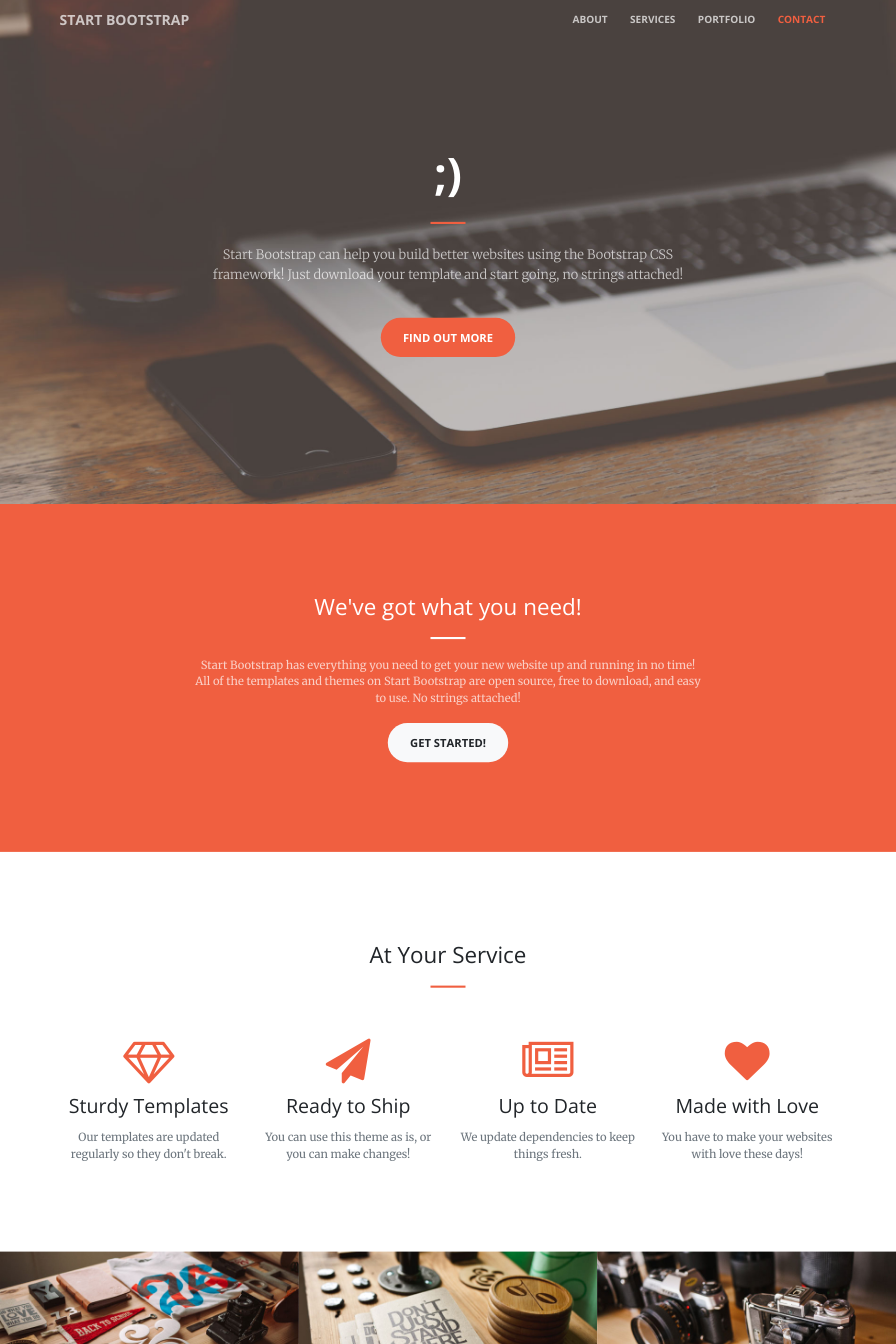
Repository: Julian-Escobar/Bootstrap
Page: index.html
An editor plug-in stored every save of this project. The page is shown before and after the next save, followed by the edit.
The browser window is 1280 px wide. The pictures show the part of the page from y = 0 to 1920 px (the page is 3168 px tall), at 70% of full size.

Above is the page before, as saved 2018-08-06 18:50:13.

After the next save:
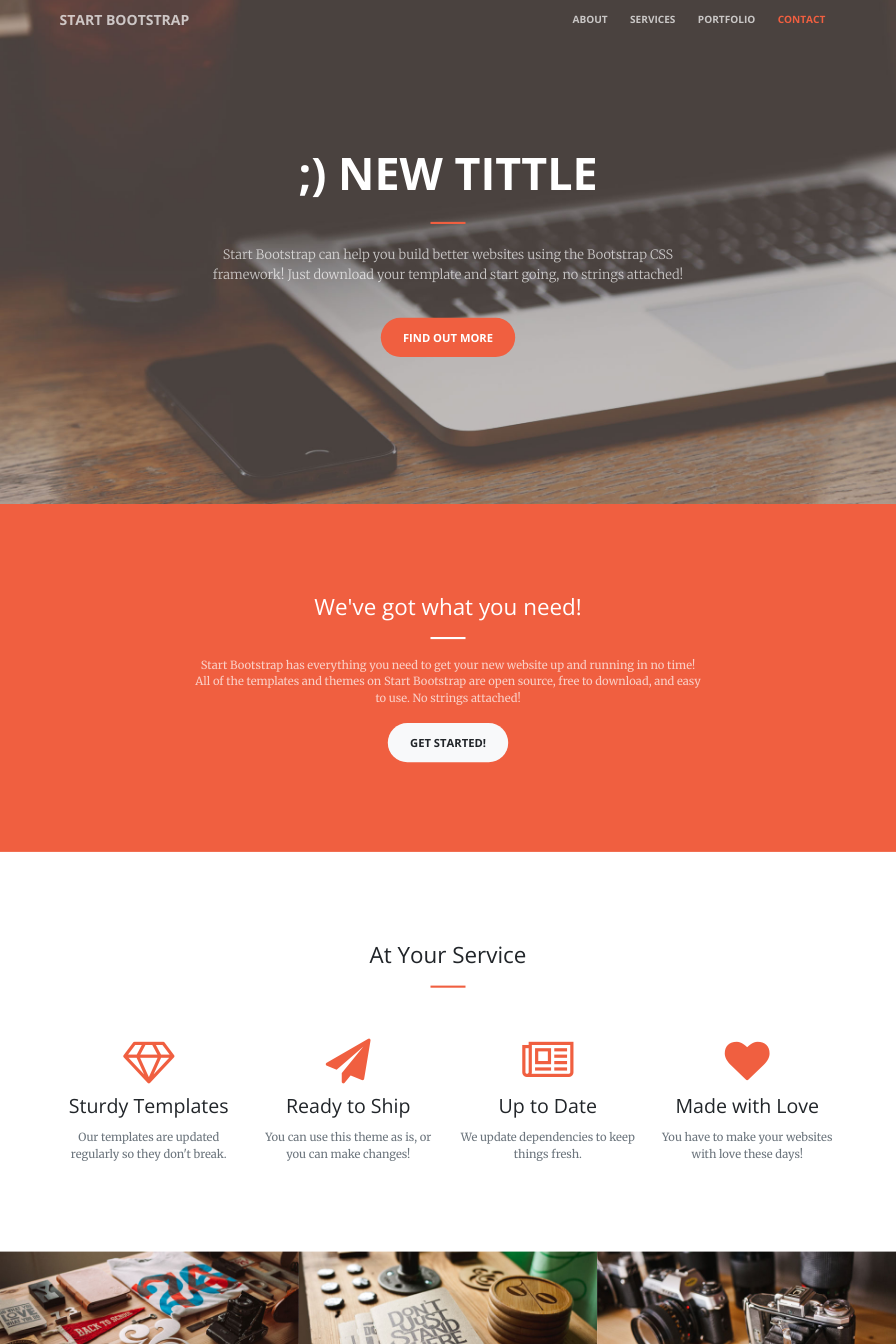
Saved 35 min 9 s later.
--- a/index.html
+++ b/index.html
@@ -59,7 +59,7 @@
         <div class="row">
           <div class="col-lg-10 mx-auto">
             <h1 class="text-uppercase">
-              <strong>;)</strong>
+              <strong>;) New tittle</strong>
             </h1>
             <hr>
           </div>
